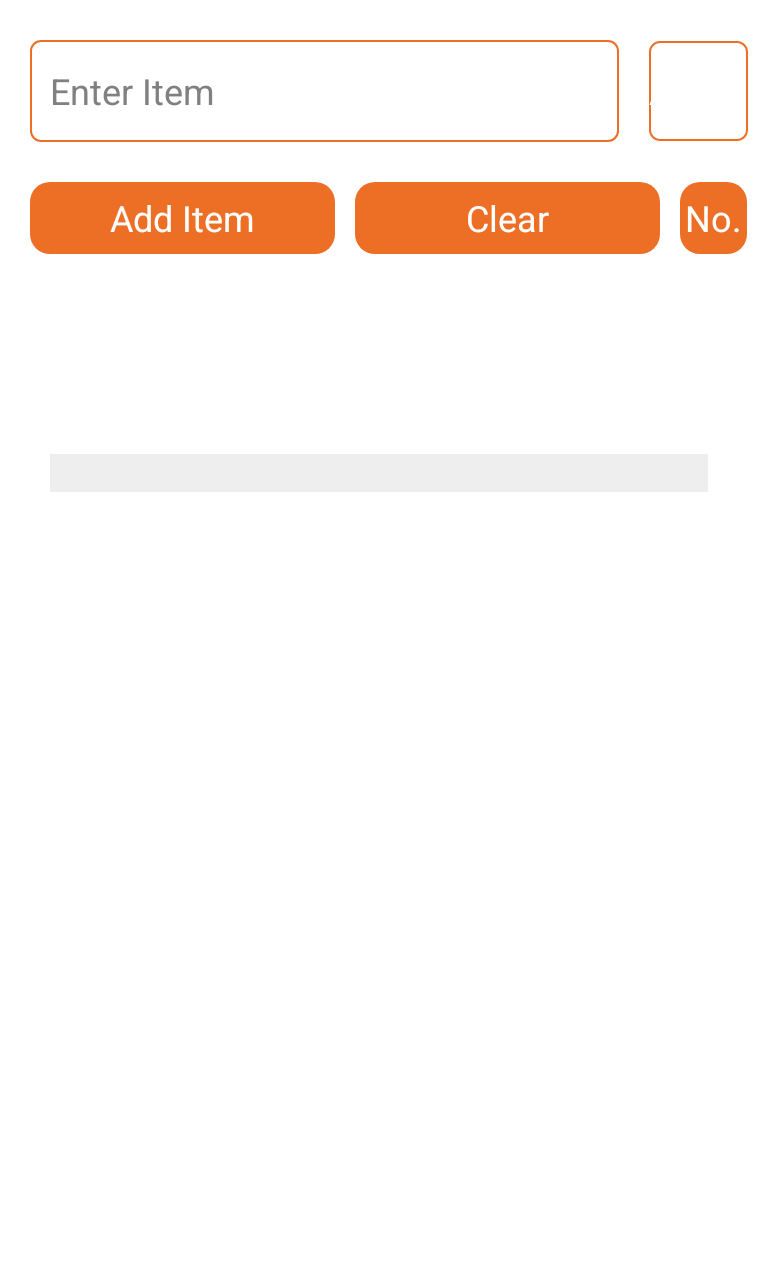
Repository: ianDervan/FYP_ShopSmart
Layout: FYP/ShopSmart/res/layout/activity_shopping_list.xml
An editor plug-in stored every save of this project. The layout is shown before and after the next save, followed by the edit.
It is drawn on a 768 x 1280 px phone screen (xhdpi) without system bars, with theme AppTheme; the app's code is not run.

Above is the layout before, as saved 2015-01-16 21:06:14.

After the next save:
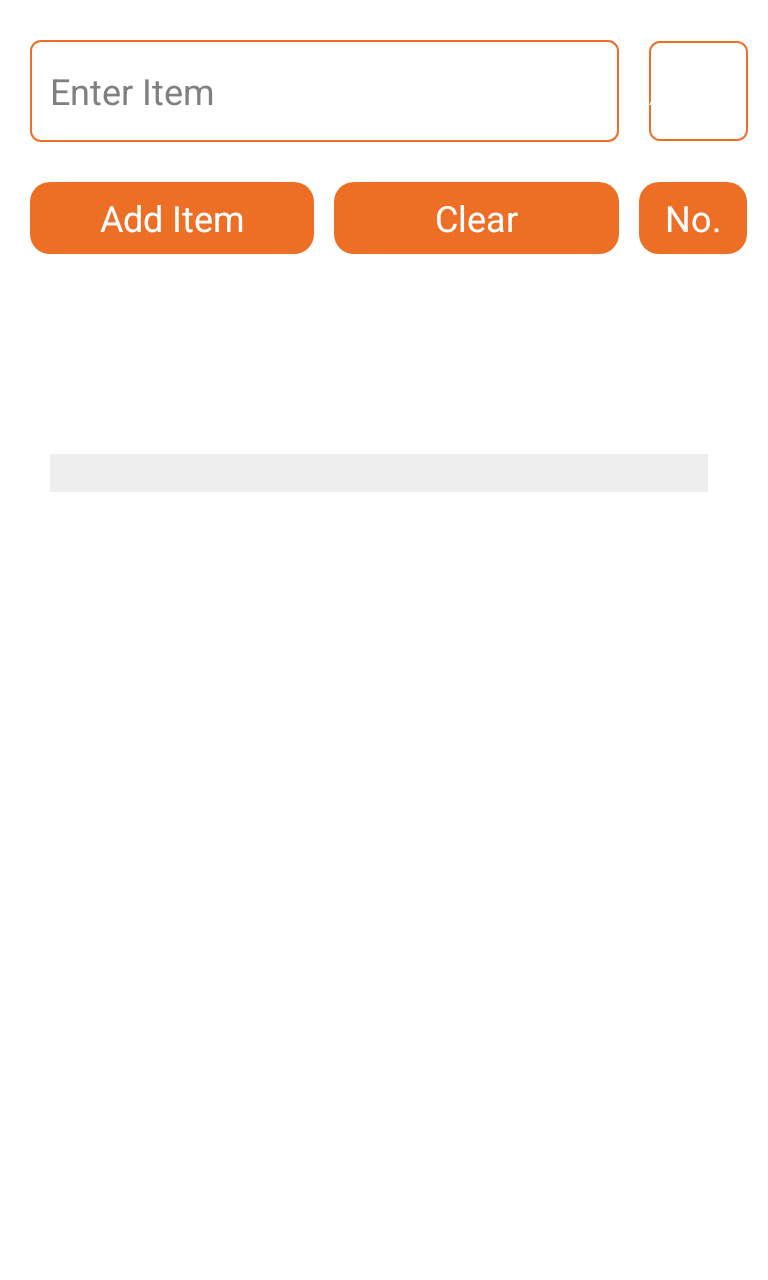
Saved 76 s later.
--- a/FYP/ShopSmart/res/layout/activity_shopping_list.xml
+++ b/FYP/ShopSmart/res/layout/activity_shopping_list.xml
@@ -46,7 +46,7 @@
             android:layout_width="0dp"
             android:layout_height="36dp"
             android:layout_marginTop="10dp"
-            android:layout_weight="0.45"
+            android:layout_weight="0.42"
             android:background="@drawable/custombutton_lr"
             android:text="Add Item"
             android:textColor="#FFFFFF" />
@@ -55,7 +55,7 @@
             android:id="@+id/Button01"
             android:layout_width="0dp"
             android:layout_height="36dp"
-            android:layout_weight="0.45"
+            android:layout_weight="0.42"
             android:layout_marginLeft="10dp"
             android:layout_marginTop="10dp"
             android:background="@drawable/custombutton_lr"
@@ -66,7 +66,7 @@
             android:id="@+id/btn_2"
             android:layout_width="0dp"
             android:layout_height="36dp"
-            android:layout_weight="0.1"
+            android:layout_weight="0.16"
             android:layout_marginLeft="10dp"
             android:layout_marginTop="10dp"
             android:background="@drawable/custombutton_lr"
